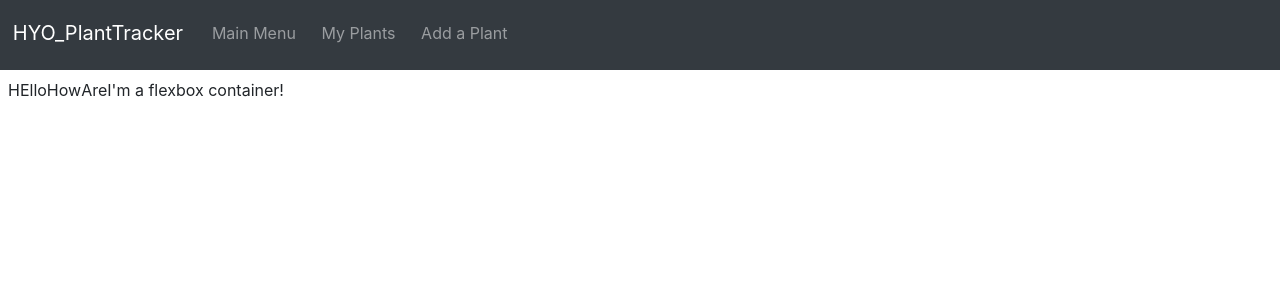
Repository: emersonwilliams/HYO_PlantTracker
Page: capstone_app/plant_tracker/templates/myplants.html
The author's editor kept a copy of each file at every save. The page is drawn from the files as they stood at one save, then again after the next save.
The browser window is 1280 px wide. The pictures show the whole page.

Above is the page before, as saved 2020-08-02 00:29:29.

### capstone_app/plant_tracker/templates/myplants.html
<!-- this is the page where you can see all of your plants -->

<!DOCTYPE html>
<html lang="en">
<head>
    <meta charset="UTF-8">
    <title>Title</title>

</head>

<body>
    <link rel="stylesheet" href="https://stackpath.bootstrapcdn.com/bootstrap/4.5.0/css/bootstrap.min.css" integrity="sha384-9aIt2nRpC12Uk9gS9baDl411NQApFmC26EwAOH8WgZl5MYYxFfc+NcPb1dKGj7Sk" crossorigin="anonymous">
    <script src="https://code.jquery.com/jquery-3.5.1.slim.min.js" integrity="sha384-DfXdz2htPH0lsSSs5nCTpuj/zy4C+OGpamoFVy38MVBnE+IbbVYUew+OrCXaRkfj" crossorigin="anonymous"></script>
    <script src="https://cdn.jsdelivr.net/npm/popper.js@1.16.0/dist/umd/popper.min.js" integrity="sha384-Q6E9RHvbIyZFJoft+2mJbHaEWldlvI9IOYy5n3zV9zzTtmI3UksdQRVvoxMfooAo" crossorigin="anonymous"></script>

    <link rel="stylesheet" type = "text/css" href='../static/css/myplants.css'>

    <nav class="navbar navbar-expand-lg navbar-dark bg-dark">
    <a class="navbar-brand" href="#">HYO_PlantTracker</a>
    <button class="navbar-toggler" type="button" data-toggle="collapse" data-target="#navbarNavAltMarkup" aria-controls="navbarNavAltMarkup" aria-expanded="false" aria-label="Toggle navigation">
      <span class="navbar-toggler-icon"></span>
    </button>
    <div class="collapse navbar-collapse" id="navbarNavAltMarkup">
      <div class="navbar-nav">
        <a class="nav-item nav-link  op1" href="#">Main Menu <span class="sr-only"></span></a>
        <a class="nav-item nav-link op1 " href="#">My Plants</a>
        <a class="nav-item nav-link op1" href="#">Add a Plant</a>
      </div>
    </div>
  </nav>
  <div class="d-flex p-2 bd-highlight .flex-column ">
      <div>HEllo </div>
        <div>How</div>
        <div>Are</div>
        I'm a flexbox container!
    </div>

</body>

</html>

### capstone_app/plant_tracker/static/css/myplants.css
.navbar{
    padding: 0.5em 0.8em 0.8em 0.8em;

}
.op1{
    /* padding: 2em 2em 2em 2em; */
    margin: 0.3em ;
}

After the next save:
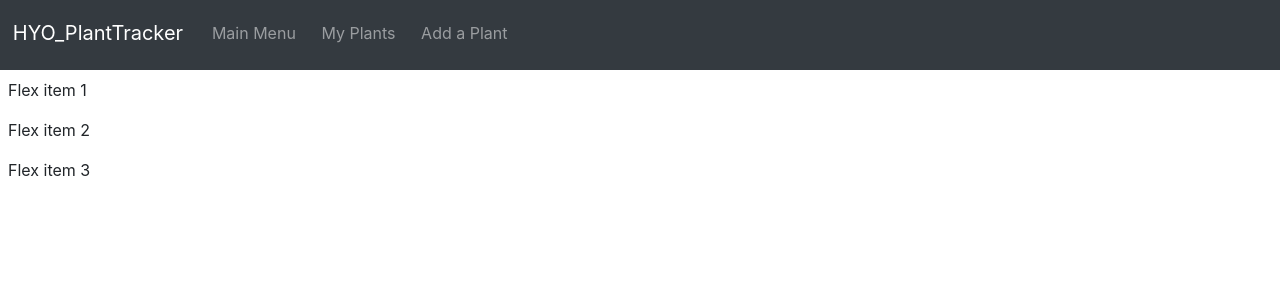
Saved 59 s later.
--- a/capstone_app/plant_tracker/templates/myplants.html
+++ b/capstone_app/plant_tracker/templates/myplants.html
@@ -28,13 +28,11 @@
       </div>
     </div>
   </nav>
-  <div class="d-flex p-2 bd-highlight .flex-column ">
-      <div>HEllo </div>
-        <div>How</div>
-        <div>Are</div>
-        I'm a flexbox container!
-    </div>
-
+  <div class="d-flex flex-column bd-highlight mb-3">
+    <div class="p-2 bd-highlight">Flex item 1</div>
+    <div class="p-2 bd-highlight">Flex item 2</div>
+    <div class="p-2 bd-highlight">Flex item 3</div>
+  </div>
 </body>
 
 </html>
